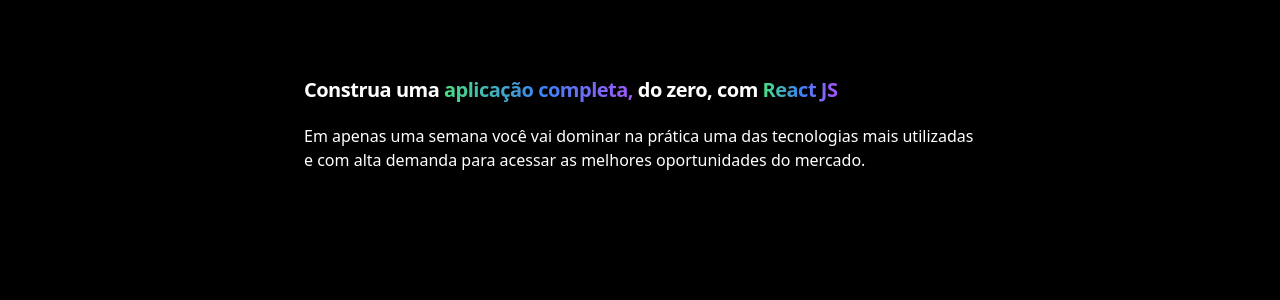
Repository: LuisSempre/Ignite-Lab---ReactJs-2022
Page: /
An editor plug-in stored every save of this project. The page is shown before and after the next save, followed by the edit.
The browser window is 1280 px wide. The pictures show the whole page.
The project was rebuilt for these pictures with package versions that can differ from the ones it lists, and the page was loaded fresh each time. Also part of the build but not shown: vite.config.ts, components/Header.tsx, components/Lesson.tsx, components/Sidebar.tsx, pages/Event.tsx. Imported but missing from the stored project, and not drawn on this page: components/Video.

Above is the page before, as saved 2022-06-24 23:38:05.

### index.html
<!DOCTYPE html>
<html lang="en">
  <head>
    <meta charset="UTF-8" />
    <link rel="icon" type="image/svg+xml" href="/src/icon.png" />
    <meta name="viewport" content="width=device-width, initial-scale=1.0" />
    <title>Vite App</title>
  </head>
  <body>
    <div id="root"></div>
    <script type="module" src="/src/main.tsx"></script>
  </body>
</html>

### src/main.tsx
import React from 'react'
import ReactDOM from 'react-dom/client'
import App from './App'
import './index.css'

ReactDOM.createRoot(document.getElementById('root')!).render(
  <React.StrictMode>
      <App />
  </React.StrictMode>
)

### src/App.tsx
import { ApolloProvider, gql, useQuery } from "@apollo/client"
import { Router } from "../Router"
import { client } from '../lib/apollo'
import { BrowserRouter } from "react-router-dom"

function App() {
  return (
    <ApolloProvider client={client}>
      <BrowserRouter>
        <Router />
      </BrowserRouter>
    </ApolloProvider>
  )
}

export default App

### Router.tsx
import { Route, Routes } from "react-router-dom";
import { Event } from './pages/Event'
import { Subscribe } from './pages/Subscribe'
export function Router() {
    return(
      <Routes>
           <Route path="/" element={<Subscribe />}/>
           <Route path="/event" element={<Event />}/>
           <Route path="/event/lesson/:slug" element={<Event />}/>
      </Routes>
    )
}

### lib/apollo.ts
import { ApolloClient, InMemoryCache } from "@apollo/client";

export const client = new ApolloClient({
  uri: 'https://api-sa-east-1.graphcms.com/v2/cl4n4k5w68h3x01yra00r5rzf/master',
  cache: new InMemoryCache(),
})

### pages/Subscribe.tsx
export function Subscribe() {

    return (
        <div className='flex flex-col items-center min-h-screen'>
            <div className="flex items-center justify-between max-w-6xl mx-auto mt-20">
                <div className="max-w-2xl">
                    <h1 className="mb-6 text-xl font-extrabold leading-none tracking-normal md:tracking-tight">
                        Construa uma&nbsp;
                         <span className="block w-full text-transparent bg-clip-text bg-gradient-to-r from-green-400 via-blue-500 to-purple-500 lg:inline">
                            aplicação completa,&nbsp;
                        </span>
                        do zero, com&nbsp;
                         <span className="block w-full text-transparent bg-clip-text bg-gradient-to-r from-green-400 via-blue-500 to-purple-500 lg:inline">
                             React JS
                        </span>
                    </h1>
                    <p>
                        Em apenas uma semana você vai dominar na prática uma das tecnologias mais utilizadas e com alta demanda para acessar as melhores oportunidades do mercado.
                    </p>
                </div>
            </div>
        </div>
    )
}

Loaded but not shown: src/index.css (common file); tailwind.config.js (common file)

After the next save:
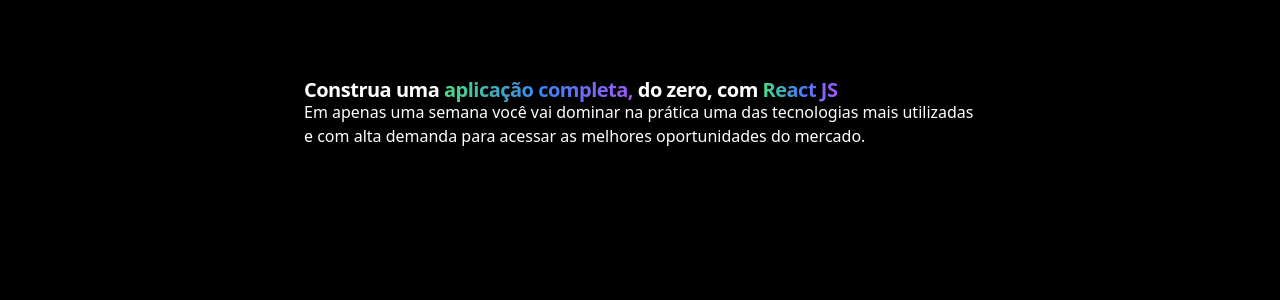
Saved 2 min 26 s later.
--- a/pages/Subscribe.tsx
+++ b/pages/Subscribe.tsx
@@ -4,7 +4,7 @@
         <div className='flex flex-col items-center min-h-screen'>
             <div className="flex items-center justify-between max-w-6xl mx-auto mt-20">
                 <div className="max-w-2xl">
-                    <h1 className="mb-6 text-xl font-extrabold leading-none tracking-normal md:tracking-tight">
+                    <h1 className="text-xl font-extrabold leading-none tracking-normal md:tracking-tight">
                         Construa uma&nbsp;
                          <span className="block w-full text-transparent bg-clip-text bg-gradient-to-r from-green-400 via-blue-500 to-purple-500 lg:inline">
                             aplicação completa,&nbsp;

After the save that followed:
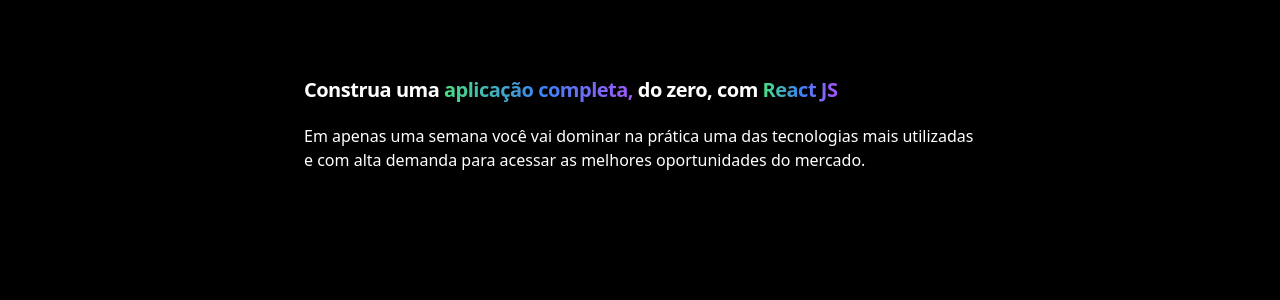
Saved 12 s later.
--- a/pages/Subscribe.tsx
+++ b/pages/Subscribe.tsx
@@ -4,7 +4,7 @@
         <div className='flex flex-col items-center min-h-screen'>
             <div className="flex items-center justify-between max-w-6xl mx-auto mt-20">
                 <div className="max-w-2xl">
-                    <h1 className="text-xl font-extrabold leading-none tracking-normal md:tracking-tight">
+                    <h1 className="mb-6 text-xl font-extrabold leading-none tracking-normal md:tracking-tight">
                         Construa uma&nbsp;
                          <span className="block w-full text-transparent bg-clip-text bg-gradient-to-r from-green-400 via-blue-500 to-purple-500 lg:inline">
                             aplicação completa,&nbsp;
